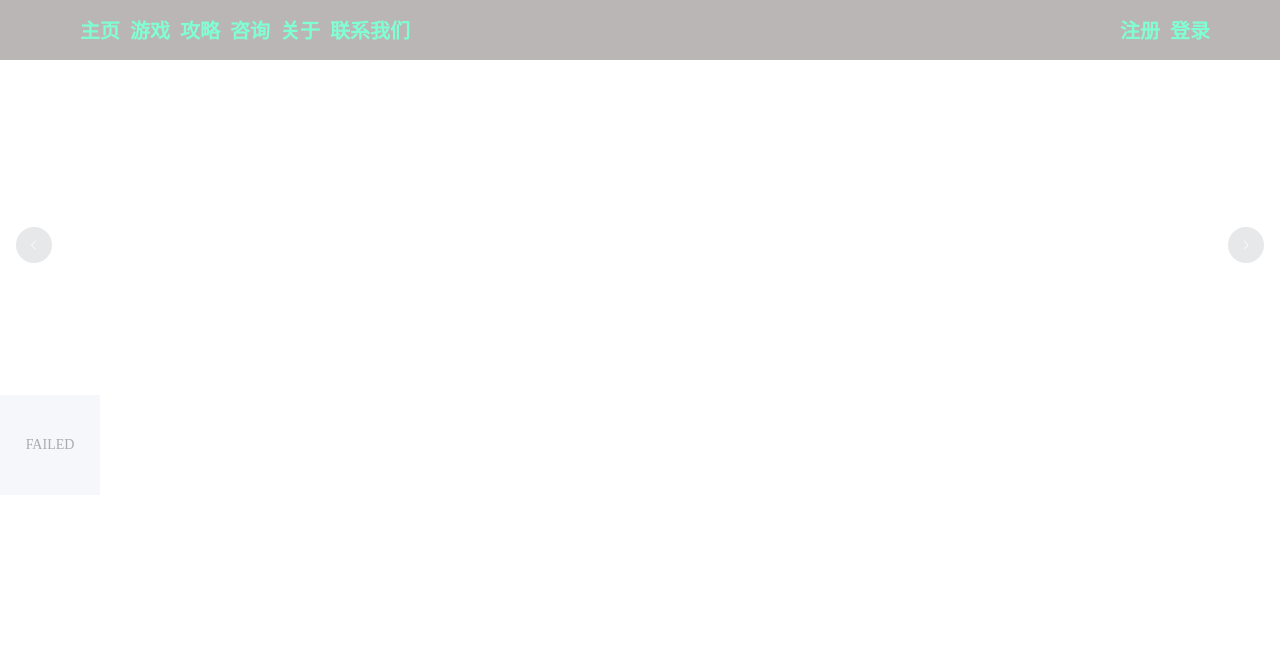
Repository: nucleako/xxtx
Page: / (app in xxtx/)
These files come from the project's save history. The page is drawn as it stood at one moment and after the next save; the edit follows.
The browser window is 1280 px wide. The pictures show the whole page.
The project was rebuilt for these pictures with package versions that can differ from the ones it lists, and the page was loaded fresh each time.

Above is the page before, as saved 2022-09-05 11:16:47.

After the next save:
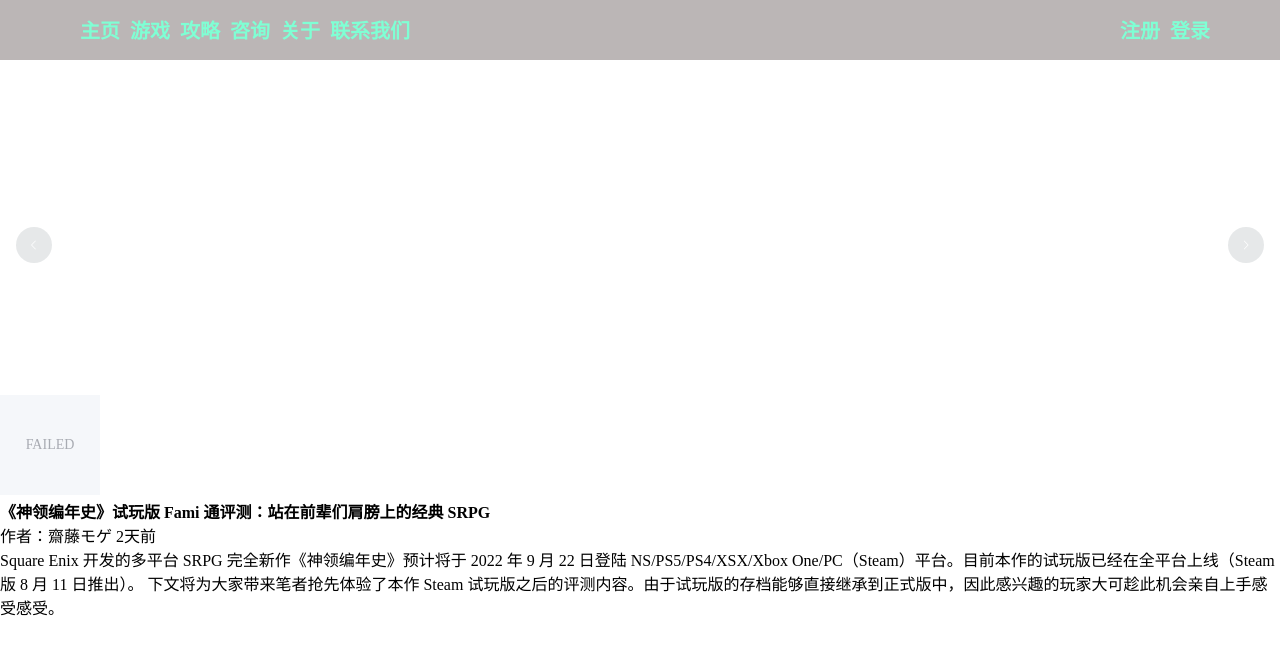
Saved 97 s later.
--- a/xxtx/src/views/Home.vue
+++ b/xxtx/src/views/Home.vue
@@ -17,9 +17,11 @@
         <div class="yxzx_con_item">
           <el-image style="width: 100px; height: 100px" :src="url" :fit="fit" />
           <div class="yxzx_con_item_r">
-            <h4></h4>
-            <p></p>
-            <p></p>
+            <h4>《神领编年史》试玩版 Fami 通评测：站在前辈们肩膀上的经典 SRPG</h4>
+            <p class="yxzx_con_item_r">作者：齋藤モゲ  2天前</p>
+            <p class="yxzx_con_item_r">Square Enix 开发的多平台 SRPG 完全新作《神领编年史》预计将于 2022 年 9 月 22 日登陆 NS/PS5/PS4/XSX/Xbox One/PC（Steam）平台。目前本作的试玩版已经在全平台上线（Steam 版 8 月 11 日推出）。
+
+下文将为大家带来笔者抢先体验了本作 Steam 试玩版之后的评测内容。由于试玩版的存档能够直接继承到正式版中，因此感兴趣的玩家大可趁此机会亲自上手感受感受。</p>
           </div>
         </div>
       </div>
